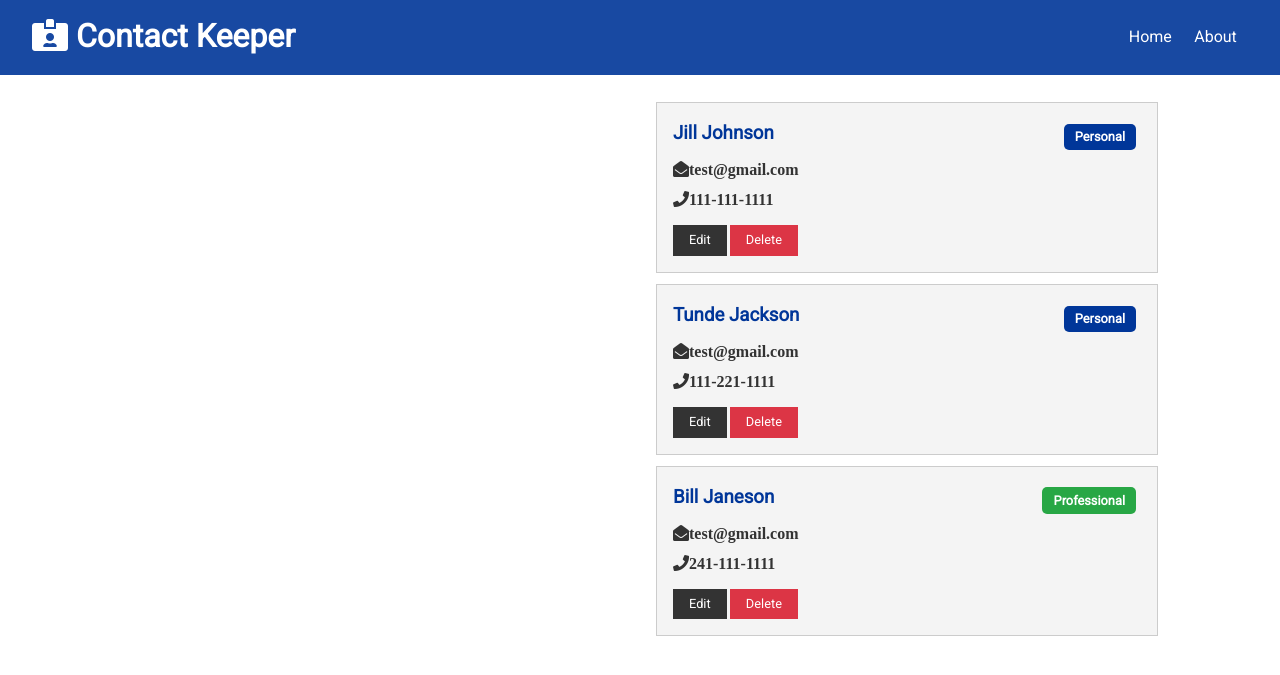
Repository: Art101-ui/Contact-keeper
Page: / (app in client/)
The author's editor kept a copy of each file at every save. The page is drawn from the files as they stood at one save, then again after the next save.
The browser window is 1280 px wide. The pictures show the whole page.
Some web libraries are served in a nearby version. The project was rebuilt for these pictures with package versions that can differ from the ones it lists, and the page was loaded fresh each time. A package was used in the major version that the imports need, not the one package.json lists. Also part of the build but not shown: client/src/components/pages/About.js.

Above is the page before, as saved 2021-09-20 07:52:56.

### client/public/index.html
<!DOCTYPE html>
<html lang="en">
  <head>
    <meta charset="utf-8" />
    <link rel="icon" href="%PUBLIC_URL%/favicon.ico" />
    <link rel="stylesheet" href="https://pro.fontawesome.com/releases/v5.10.0/css/all.css" integrity="sha384-AYmEC3Yw5cVb3ZcuHtOA93w35dYTsvhLPVnYs9eStHfGJvOvKxVfELGroGkvsg+p" crossorigin="anonymous"/>
    <meta name="viewport" content="width=device-width, initial-scale=1" />
    <meta name="theme-color" content="#000000" />
    <meta
      name="description"
      content="Web site created using create-react-app"
    />
    <link rel="apple-touch-icon" href="%PUBLIC_URL%/logo192.png" />
    <link rel="manifest" href="%PUBLIC_URL%/manifest.json" />

    <title>Contact keeper</title>
  </head>
  <body>
    <noscript>You need to enable JavaScript to run this app.</noscript>
    <div id="root"></div>

  </body>
</html>

### client/src/App.js
import React, {Fragment} from 'react'
import {BrowserRouter as Router,Switch,Route} from 'react-router-dom'

import Navbar from './components/layout/Navbar';
import ContactState from './context/contact/ContactState';
import Home from './components/pages/Home';
import About from './components/pages/About';
import './App.css';

function App() {
  return (
    <ContactState>
      <Router>
        <Fragment>
          <Navbar/>
          <div className="container">
            <Switch>
              <Route exact path = '/' component = {Home}/>
              <Route exact path = '/about' component = {About}/>
            </Switch>
          </div>
        </Fragment>
      </Router>
    </ContactState>
  );
}

export default App;

### client/src/components/layout/Navbar.js
import React from 'react'
import PropTypes from 'prop-types'
import { Link } from 'react-router-dom'



const Navbar = ({title,icon}) => {
    return (
        <div className="navbar bg-primary">
            <h1>
              <i className={icon}/> {title}
            </h1>
            <ul>
                <li>
                   <Link to='/'>Home</Link>
                </li>
                <li>
                   <Link to='/about'>About</Link>
                </li>
            </ul>
        </div>
    )
}

Navbar.propTypes={
    title:PropTypes.string.isRequired,
    icon:PropTypes.string
}

Navbar.defaultProps = {
    title: "Contact Keeper",
    icon: "fas fa-id-card-alt"
}

export default Navbar

### client/src/context/contact/ContactState.js
import React, {useReducer}from "react";
import uuid from "uuid"
import ContactContext from "./contactContext"
import contactReducer from "./contactReducer"

import {
    GET_CONTACTS,
    ADD_CONTACT,
    DELETE_CONTACT,
    SET_CURRENT,
    CLEAR_CURRENT,
    UPDATE_CONTACT,
    CLEAR_CONTACTS,
    FILTER_CONTACTS,
    CLEAR_FILTER
} from '../type'

const ContactState = props => {
    const initialState = {
        contacts : [
            {
            id:1,
            name:'Jill Johnson',
            email:'test@gmail.com',
            phone:'111-111-1111',
            type:'personal'
        },
            {
            id:2,
            name:'Tunde Jackson',
            email:'test@gmail.com',
            phone:'111-221-1111',
            type:'personal'
        },
            {
            id:3,
            name:'Bill Janeson',
            email:'test@gmail.com',
            phone:'241-111-1111',
            type:'professional'
        }
    ]
    }

    const [state, dispatch] = useReducer(contactReducer, initialState)

    // Add Contact

    // Delete Contact

    // SetCurrent Contact

    // ClearCurrent Contact

    // Update Contact

    // Filter Contacts

    // Clear Filter

    return(
       <ContactContext.Provider
       value={{
           contacts:state.contacts
       }}>
           {props.children}
       </ContactContext.Provider>
    )
}

export default ContactState

### client/src/components/pages/Home.js
import React from 'react'
import Contacts from '../contacts/Contacts'

const Home = () => {
    return (
        <div>
           <div className="grid-2">
               <div>
                  {}
               </div>
               <div>
                 <Contacts/>
               </div>
           </div>
        </div>
    )
}

export default Home

### client/src/context/contact/contactContext.js
import { createContext } from "react";

const contactContext = createContext()

export default contactContext;

### client/src/context/type.js
export const GET_CONTACTS = 'GET_CONTACTS';
export const ADD_CONTACT = 'ADD_CONTACT';
export const DELETE_CONTACT = 'DELETE_CONTACT';
export const SET_CURRENT = 'SET_CURRENT';
export const CLEAR_CURRENT = 'CLEAR_CURRENT';
export const UPDATE_CONTACT = 'UPDATE_CONTACT';
export const FILTER_CONTACTS = 'FILTER_CONTACTS';
export const CLEAR_CONTACTS = 'CLEAR_CONTACTS';
export const CONTACT_ERROR = 'CONTACT_ERROR';
export const CLEAR_FILTER = 'CLEAR_FILTER';
export const SET_ALERT = 'SET_ALERT';
export const REMOVE_ALERT = 'REMOVE_ALERT';
export const REGISTER_SUCCESS = 'REGISTER_SUCCESS';
export const REGISTER_FAIL = 'REGISTER_FAIL';
export const USER_LOADED = 'USER_LOADED';
export const AUTH_ERROR = 'AUTH_ERROR';
export const LOGIN_SUCCESS = 'LOGIN_SUCCESS';
export const LOGIN_FAIL = 'LOGIN_FAIL';
export const LOGOUT = 'LOGOUT';
export const CLEAR_ERRORS = 'CLEAR_ERRORS';

### client/src/components/contacts/Contacts.js
import React, {Fragment,useContext} from 'react'
import ContactsItem from './ContactsItem'
import ContactContext from '../../context/contact/contactContext'

const Contacts = () => {
    const contactContext = useContext(ContactContext)

    const {contacts} = contactContext;
    return (
        <Fragment>
            {contacts.map(contact=>(
                <ContactsItem key ={contact.id} contact = {contact}/>
            ))}
        </Fragment>
    )
}


export default Contacts

### client/src/components/contacts/ContactsItem.js
import React from 'react'
import PropTypes from 'prop-types'


const ContactsItem = ({contact}) => {

    const {id,name,email,phone,type} = contact
    return (
       <div className="card bg-light">
           <h3 className="text-primary text-left">
           {name}{' '}
           <span style ={{float:'right'}}
             className={
                 'badge '+
                 (type==='professional' ? 'badge-success' : 'badge-primary')}>{type.charAt(0).toUpperCase()+type.slice(1)}</span></h3>
                 <ul className='list'>
                     {email && <li>
                         <i className="fas fa-envelope-open">{email}</i>
                     </li> }
                     {phone && <li>
                         <i className="fas fa-phone">{phone}</i>
                     </li> }
                 </ul>
                 <p className="button btn btn-dark btn-sm">Edit</p>
                 <p className="button btn btn-danger btn-sm">Delete</p>
       </div>
    );
};

ContactsItem.prototype ={
    contact:PropTypes.object.isRequired,
}

export default ContactsItem

### client/src/components/contacts/ContactForm.js
import React,{useState} from 'react'

const ContactForm = () => {
    const [contact,setContact] = useState({
        name:'',
        email:'',
        phone:'',
        type:'personal'
    })
    const {name,email,phone,type} = contact

    const onChange = (e)=>{
        setContact({...contact,[e.target.name]:e.target.value})
    }
        return (

          <form>
            <h2 className="text-primary">Add Contact</h2>
            <input type="text" name="name" placeholder='Name' value={name} onChange={onChange}/>
            <input type="text" name="email" placeholder='Email' value={email} onChange={onChange}/>
            <input type="text" name="phone" placeholder='Phone-No' value={phone} onChange={onChange}/>
            <h5>Contact Type</h5>
            <input type="radio" name="type" value="personal" checked={type==='personal'} onChange={onChange} />Personal {''}
            <input type="radio" name="type" value="professional" checked={type==='professional'} onChange={onChange} />Professional
            <div>
                <input type="submit" value="Add Contact" className='btn btn-primary btn-block' />
            </div>
           </form>



    )
}


export default ContactForm

Loaded but not shown: client/src/index.js (common file); client/src/App.css (common file); client/src/context/contact/contactReducer.js (no stored copy; drawn as an empty file)

After the next save:
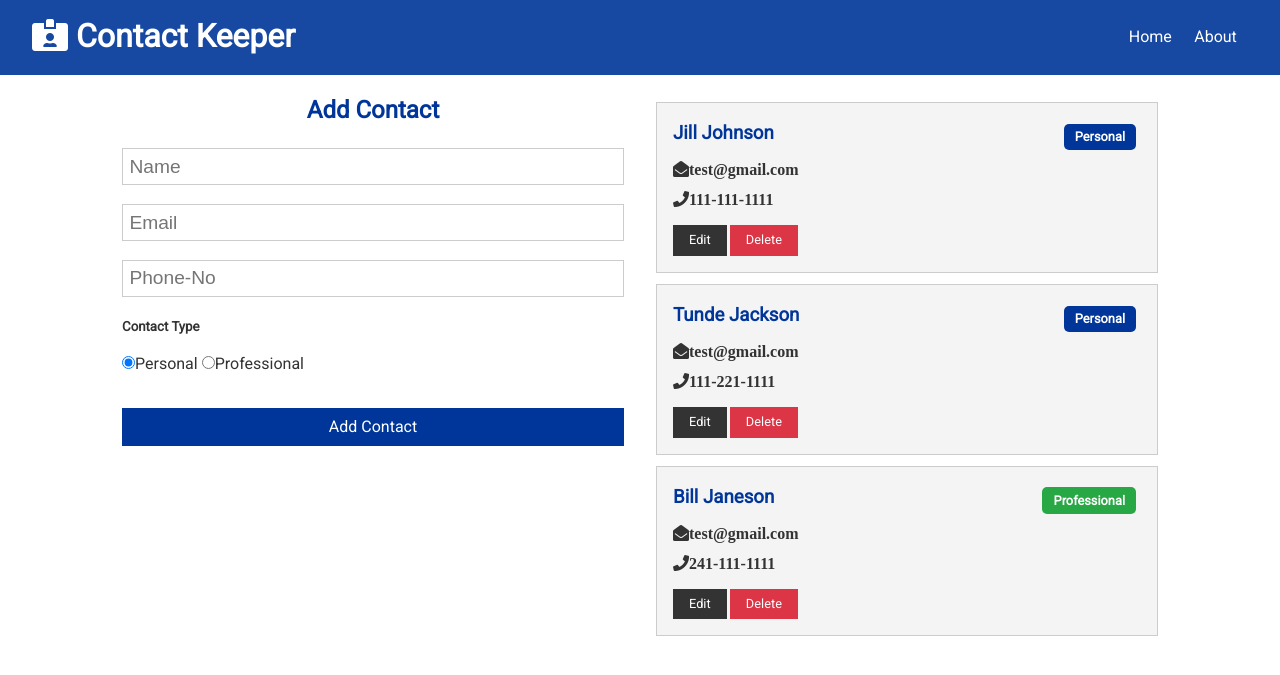
Saved 5 s later.
--- a/client/src/components/pages/Home.js
+++ b/client/src/components/pages/Home.js
@@ -1,12 +1,13 @@
 import React from 'react'
 import Contacts from '../contacts/Contacts'
+import ContactForm from '../contacts/ContactForm'
 
 const Home = () => {
     return (
         <div>
            <div className="grid-2">
                <div>
-                  {}
+                  {<ContactForm/>}
                </div>
                <div>
                  <Contacts/>
